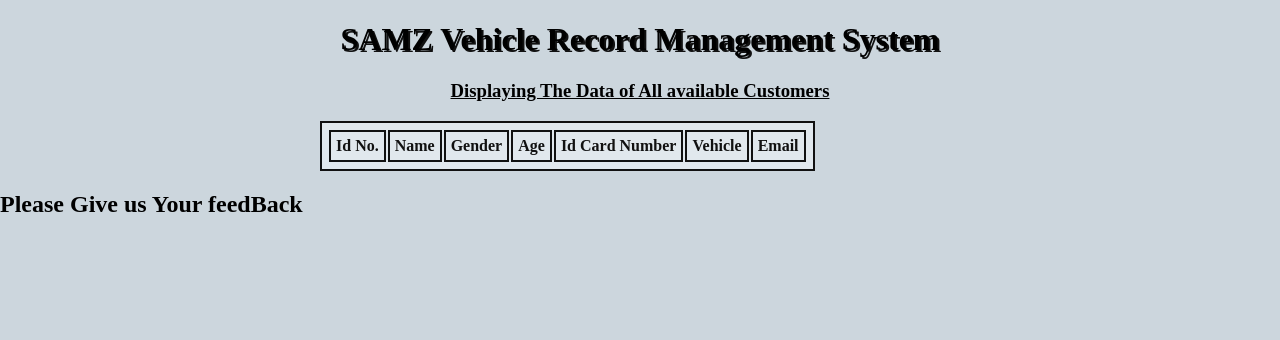
Repository: MUHAMMAD-SAQIB-2000/SpringBoot
Page: http://localhost/WebServiceRecordManagementSystem/CustomerList.jsp
An editor plug-in stored every save of this project. The page is shown before and after the next save, followed by the edit.
The browser window is 1280 px wide. The pictures show the whole page.
The page is served by Tomcat 9. Other server files are loaded and not shown. The template is opened directly, without the code that normally fills it, so the values that code supplies are empty.

Above is the page before, as saved 2020-08-11 18:51:29.

### WebServiceRecordManagementSystem/src/main/webapp/CustomerList.jsp
<%@ page language="java" contentType="text/html; charset=ISO-8859-1"
	pageEncoding="ISO-8859-1"%>
<%@ taglib prefix="form" uri="http://www.springframework.org/tags/form"%>
<%@ taglib uri="http://java.sun.com/jsp/jstl/core" prefix="c"%>
<!DOCTYPE html>
<html>
<head>
<meta charset="ISO-8859-1">
<title>Customers Record Form</title>
<style>
body{
margin:0px;
padding:0px;
background-color: #CCD6DD;
}
table, th, td {
	text-align:center;
	border: 2px solid #111;
	margin:10px;
	padding:5px;
}
.tableCSS{
	background-color:#E1E8ED;
	color:#111;
	margin:0% 25%;
}
h1{
	text-shadow: 2px 2px #111;
	text-align:center;
}
h3{
	text-align:center;
	text-decoration: underline;
}
</style>
</head>
<body>
<main>
	<div>
	<h1>SAMZ Vehicle Record Management System</h1>
	<h3>Displaying The Data of All available Customers</h3>
	</div>
	<div>
		<table  class="tableCSS">
			<thead>
				<tr>
					<th>Id No.</th>
					<th>Name</th>
					<th>Gender</th>
					<th>Age</th>
					<th>Id Card Number</th>
					<th>Vehicle</th>
					<th>Email</th>
				</tr>
			</thead>
			<tbody>
				<c:forEach items="${list}" var="customer">
					<tr>
						<td>${customer.customerID}</td>
						<td>${customer.customerName}</td>
						<td>${customer.customerGender}</td>
						<td>${customer.customerAge}</td>
						<td>${customer.customerIdCardNumber}</td>
						<td>${customer.customerVehicle}</td>
						<td>${customer.customerEmail}</td>
					</tr>
				</c:forEach>
			</tbody>
		</table>
	</div>
	</main>
	<footer>
		<h2>Please Give us Your feedBack</h2>
	</footer>
</body>
</html>

After the next save:
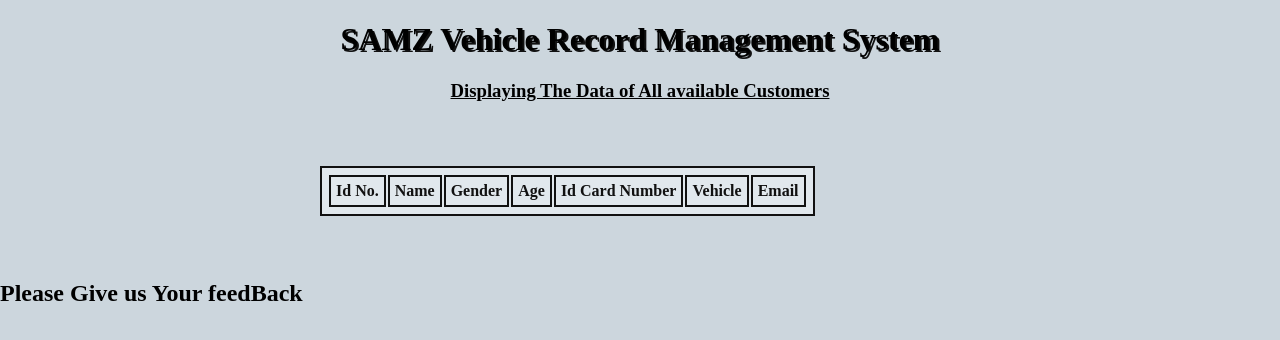
Saved 14 s later.
--- a/WebServiceRecordManagementSystem/src/main/webapp/CustomerList.jsp
+++ b/WebServiceRecordManagementSystem/src/main/webapp/CustomerList.jsp
@@ -22,7 +22,7 @@ table, th, td {
 .tableCSS{
 	background-color:#E1E8ED;
 	color:#111;
-	margin:0% 25%;
+	margin:5% 25%;
 }
 h1{
 	text-shadow: 2px 2px #111;
